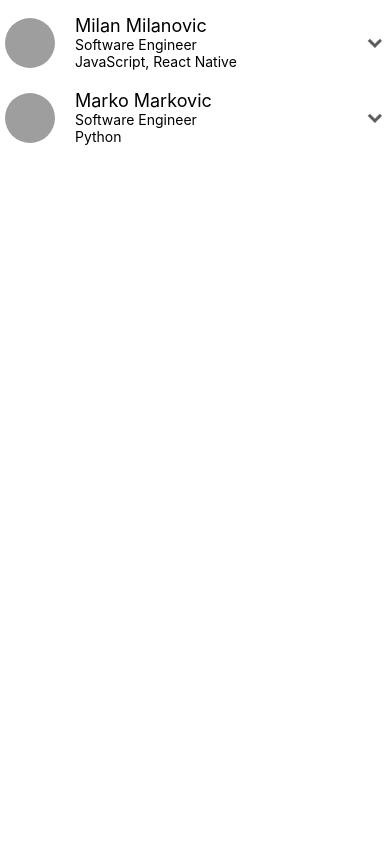
Repository: likanbl/intern-feature
Screen: /
The author's editor kept a copy of each file at every save. The screen is drawn from the files as they stood at one save, then again after the next save.
Pictures or frames that could not be fetched are drawn as grey boxes. The app was drawn by React Native's web renderer in a window 390 px wide. The project was rebuilt for these pictures with package versions that can differ from the ones it lists, and the page was loaded fresh each time.

Above is the screen before, as saved 2019-09-16 09:33:08.

### App.js
/**
 * Sample React Native App
 * https://github.com/facebook/react-native
 *
 * @format
 * @flow
 */

import React, {Component} from 'react';

import Home from './src/components/home/Home';

export default class App extends Component {
  render() {
    return <Home></Home>;
  }
}

### src/components/home/Home.js
import React, {Component} from 'react';
import {View, FlatList, Text, StyleSheet} from 'react-native';
import {Card} from 'react-native-elements';
import {HomeItem} from './HomeItem';

const Data = [
  {
    Name: 'Milan Milanovic',
    role: 'Software Engineer',
    skills: 'JavaScript, React Native',
    additionalInfo: 'Milan Milanovic description',
  },
  {
    Name: 'Marko Markovic',
    role: 'Software Engineer',
    skills: 'Python',
    additionalInfo: 'Marko Markovic description',
  },
];
export default class Home extends Component {
  renderItem = ({item}) => <HomeItem item={item} />;

  render() {
    return (
      <View>
        <FlatList
          data={Data}
          renderItem={this.renderItem}
          keyExtractor={Data.id}
        />
      </View>
    );
  }
}

### src/components/home/HomeItem.js
import React, {Component} from 'react';
import {
  View,
  Text,
  Image,
  TouchableWithoutFeedback,
  StyleSheet,
} from 'react-native';
import PropTypes from 'prop-types';
import {images} from '../../assets/images';
import {Avatar} from 'react-native-elements';
import styles from './styles';

const propTypes = {
  item: PropTypes.object,
};

class HomeItem extends Component {
  state = {
    isSelected: false,
  };

  onPress = () => {
    this.setState((prevState, prevProps) => ({
      isSelected: !prevState.isSelected,
    }));
  };

  renderDetails = () => (
    <View style={styles.titleContainer}>
      <Text style={styles.description}>{this.props.item.additionalInfo}</Text>
    </View>
  );

  render() {
    const {isSelected} = this.state;
    return (
      <View style={styles.container}>
        <TouchableWithoutFeedback onPress={this.onPress}>
          <View style={styles.titleContainer}>
            <View>
              <Avatar
                size="medium"
                rounded
                source={{
                  uri:
                    'https://s3.amazonaws.com/uifaces/faces/twitter/ladylexy/128.jpg',
                }}
              />
            </View>
            <View style={styles.nameRole}>
              <Text style={styles.title}>{this.props.item.Name}</Text>
              <Text style={styles.role}>{this.props.item.role}</Text>
              <Text style={styles.role}>{this.props.item.skills}</Text>
            </View>
            <Image
              source={isSelected ? images.close : images.expand}
              style={styles.image}
            />
          </View>
        </TouchableWithoutFeedback>
        {isSelected && this.renderDetails()}
      </View>
    );
  }
}
HomeItem.propTypes = propTypes;

export {HomeItem};

### src/assets/images.js
export const images = {
  expand: require('../../resources/expand.png'),
  close: require('../../resources/close.png'),
};

### src/components/home/styles.js
import {StyleSheet} from 'react-native';

export default StyleSheet.create({
  container: {
    flex: 1,
    flexDirection: 'column',
    elevation: 2,
    paddingTop: 15,
    borderRadius: 4,
    padding: 5,
  },
  avatarContainer: {
    flex: 1,
    alignItems: 'flex-start',
    justifyContent: 'center',
  },
  nameRole: {
    flex: 2,
    alignItems: 'flex-start',
    justifyContent: 'center',
    marginLeft: 20,
  },

  titleContainer: {
    flexDirection: 'row',
    justifyContent: 'space-around',
    alignItems: 'center',
  },
  title: {
    flex: 1,
    fontSize: 18,
  },
  role: {
    flex: 1,
    fontSize: 14,
  },
  description: {
    flex: 1,
    fontSize: 22,
    color: 'gray',
    paddingTop: 10,
  },
  image: {
    width: 20,
    height: 20,
  },
});

After the next save:
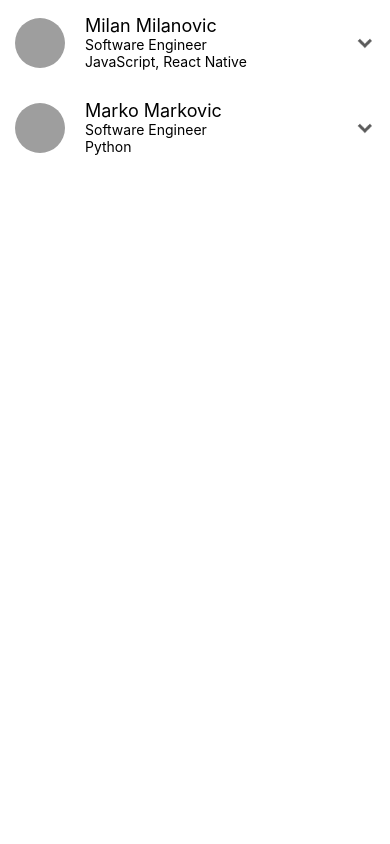
Saved 10 s later.
--- a/src/components/home/styles.js
+++ b/src/components/home/styles.js
@@ -7,7 +7,7 @@ export default StyleSheet.create({
     elevation: 2,
     paddingTop: 15,
     borderRadius: 4,
-    padding: 5,
+    padding: 15,
   },
   avatarContainer: {
     flex: 1,
